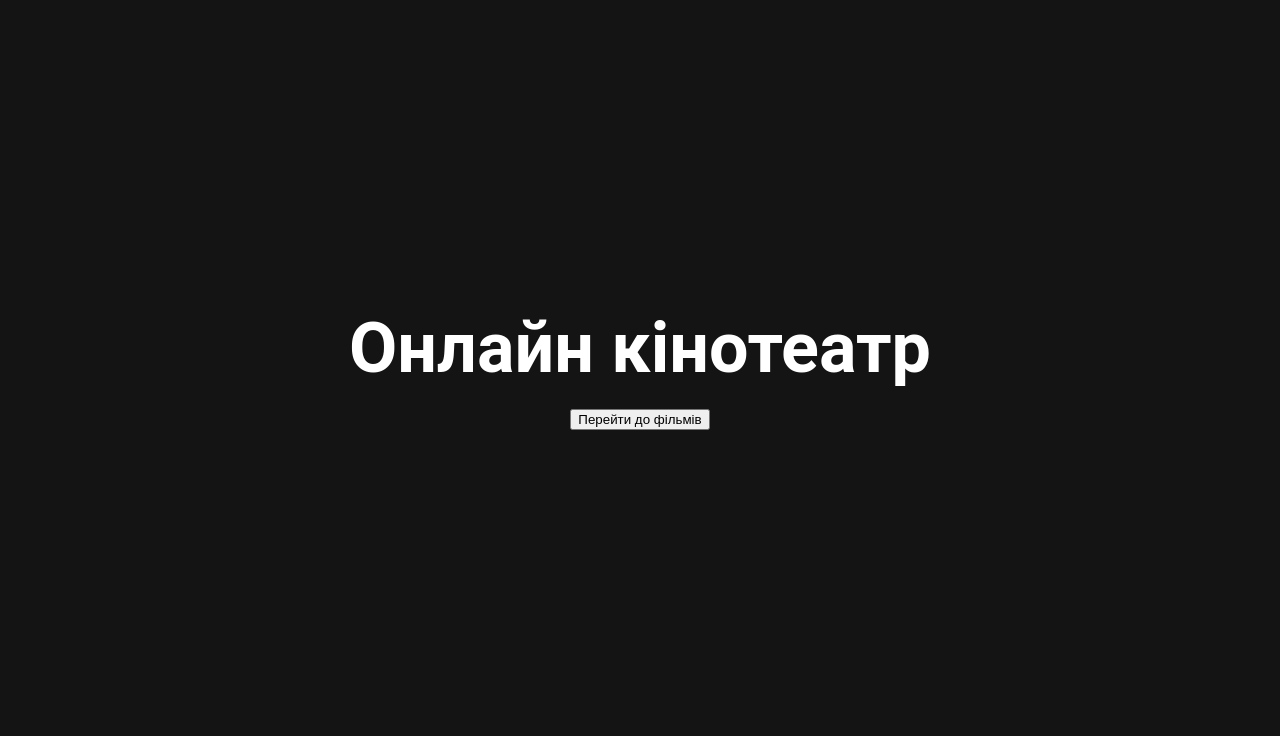
Repository: Heesemachine/VUEProject
Page: / (app in Vue/)
The author's editor kept a copy of each file at every save. The page is drawn from the files as they stood at one save, then again after the next save.
The browser window is 1280 px wide. The pictures show the whole page.
The project was rebuilt for these pictures with package versions that can differ from the ones it lists, and the page was loaded fresh each time. Also part of the build but not shown: Vue/vue.config.js, Vue/src/components/FilmCard.vue, Vue/src/mocks/films.js, Vue/src/pages/AllFilmsPage.vue, Vue/src/pages/FilmPage.vue, Vue/src/components/MainHeader.vue, Vue/src/pages/FilmsLayout.vue, Vue/src/pages/NotFoundPage.vue.

Above is the page before, as saved 2022-11-06 22:51:43.

### Vue/src/main.js
import { createApp } from 'vue'
import App from './App.vue'
import router from './router/index'
import store from './store/index'




import '@/assets/styles/main.scss';

createApp(App).use(router).use(store).mount('#app')

### Vue/src/App.vue
<template>
  <div id="app">
    <router-view></router-view>
  </div>
</template>

<script>
  export default {
    name: 'App',
  }
</script>

<style lang="scss">

html {
    font-family: 'Roboto', sans-serif;
    color: #474747;
  }

  body {
    background-color: #141414;
  }

  h1, h2, h3, h4 {
    font-weight: 700;
    color: #333333;
    margin-top: 0;
  }

  .flex {
    display: flex;
  }

  .list-default {
    padding-left: 0;
    margin-bottom: 0;
    list-style: none;
    li {
      font-size: 16px;
      margin-bottom: 14px;
    }
  }

  .container {
    max-width: 1200px;
    margin: 0 auto;
    padding: 0 20px;
    margin-top: 40px;
  }

</style>

### Vue/src/router/index.js
import { createRouter, createWebHashHistory } from 'vue-router'

import AllFilmsPage from '../pages/AllFilmsPage'
import FilmPage from '../pages/FilmPage'
import MainPage from '../pages/MainPage'
import FilmsLayout from '../pages/FilmsLayout'
import NotFoundPage from '../pages/NotFoundPage'

const routes = [
  { path: '/',
    name: 'main',
    component: MainPage
  },


  { path: '/films',
    name: 'filmsLayout',
    component: FilmsLayout,
    children: [
      {
        path: '',
        name: 'films',
        component: AllFilmsPage
      },
      {
        path: ':id',
        name: 'filmPage',
        component: FilmPage,
        beforeEnter: (to, from, next) => {
          if(localStorage.getItem('auth')) {
            next()
          } else {
            next({ name: 'films' })
          }
        }
      },
      {
        path: '*/*',
        redirect: { name: 'films' }
      },
      {
        path: '*',
        name: 'notFound',
        component: NotFoundPage
      },
    ]
  },

]


const router = createRouter({
  // 4. Provide the history implementation to use. We are using the hash history for simplicity here.
  history: createWebHashHistory(),
  routes, // short for `routes: routes`
})
export default router

### Vue/src/store/index.js
import { createStore } from 'vuex'
import reactions from './reactions'

const store = createStore ({
  modules: { reactions }

}

)

export default store

### Vue/src/assets/styles/main.scss
html {
    font-family: 'Roboto', sans-serif;
    color: #474747;
  }

  body {
    background-color: #141414;
  }

  h1, h2, h3, h4 {
    font-weight: 700;
    color: #333333;
    margin-top: 0;
  }

  .flex {
    display: flex;
  }

  .list-default {
    padding-left: 0;
    margin-bottom: 0;
    list-style: none;
    li {
      font-size: 16px;
      margin-bottom: 14px;
    }
  }

  .container {
    max-width: 1200px;
    margin: 0 auto;
    padding: 0 20px;
    margin-top: 40px;
  }

### Vue/src/pages/MainPage.vue
<template>
    <div class="main-page">
      <h1>
        Онлайн кінотеатр
      </h1>
      <button type="button" class="btn btn-outline-light" @click="$router.push({ name: 'films' })">Перейти до фільмів</button>
    </div>
  </template>

  <style lang="scss" >
  @import '@/assets/styles/MainPage.scss'
</style>

### Vue/src/store/reactions.js
import reactions from '../mocks/reactions'

const loadReactions = (time) => {
  return new Promise((resolve) => {
    setTimeout(() => {
      resolve(reactions)
    }, time)
  })
}

export default {
  namespaced: true,
  state: {
    reactions: []
  },
  getters: {
    getReactions(state) {
      return state.reactions
    }
  },
  mutations: {
    SET_REACTIONS(state, payload) {
      state.reactions = payload
    }
  },
  actions: {
    async loadReactions({ commit }, payload) {
      try {
        const reactions = await loadReactions(payload)
        commit('SET_REACTIONS', reactions)
      } catch (error) {
        console.error(error)
      }
    }
  }
}

### Vue/src/components/FilmsList.vue
<template>
    <div class="film-list">
    <film-card
      class="film-card"
      v-for="film in films"
      :key="film.id"
      :film="film"
    />
  </div>
</template>

<script>
import FilmCard from './FilmCard'

export default {
  props: {
    films: {
      type: Array,
      default: () => []
    }
  },
  components: { FilmCard }
}
</script>

<style lang="scss">
@import '@/assets/styles/FilmsList.scss'

</style>

### Vue/src/assets/styles/MainPage.scss
.main-page {
    display: flex;
    flex-direction: column;
    justify-content: center;
    align-items: center;
    min-height: 100vh;
    h1 {
      color: #ffffff;
      font-size: 70px;
      margin-bottom: 20px;
    }

    btn-outline-light {

        background-color: black;
        size: 30px;

    }
  }

### Vue/src/mocks/reactions.js
export default [
    {
      id: 1,
      title: 'Дуже погано'
    },
    {
      id: 2,
      title: 'Погано'
    },
    {
      id: 3,
      title: 'Нормально'
    },
    {
      id: 4,
      title: 'Добре'
    },
    {
      id: 5,
      title: 'Богоподібно'
    }
  ]

### Vue/src/assets/styles/FilmsList.scss

.film-card {
  margin-bottom: 40px;
}
.main-page {
    display: flex;
    flex-direction: column;
    justify-content: center;
    align-items: center;
    min-height: 100vh;
    h1 {
      color: #ffffff;
      font-size: 70px;
      margin-bottom: 20px;
    }
  }

Loaded but not shown: Vue/public/index.html (common file)

After the next save:
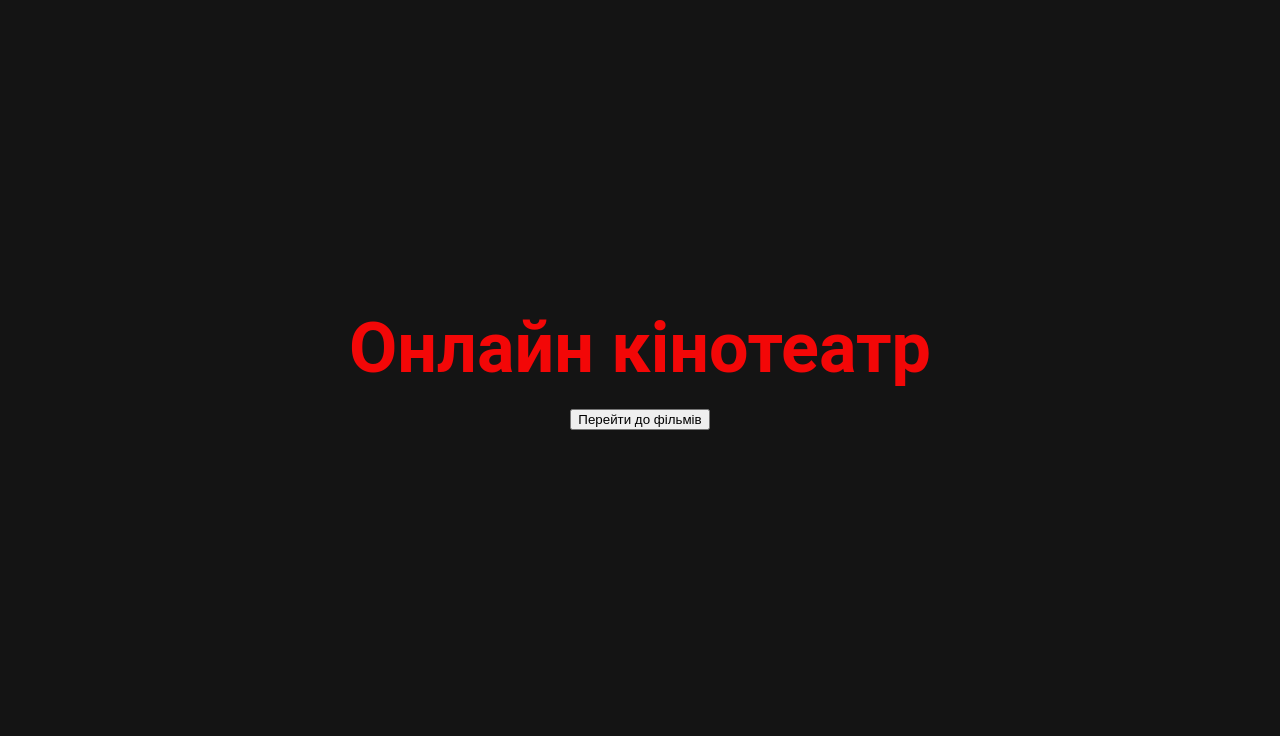
Saved 17 s later.
--- a/Vue/src/assets/styles/MainPage.scss
+++ b/Vue/src/assets/styles/MainPage.scss
@@ -5,7 +5,7 @@
     align-items: center;
     min-height: 100vh;
     h1 {
-      color: #ffffff;
+      color: #f30707;
       font-size: 70px;
       margin-bottom: 20px;
     }
